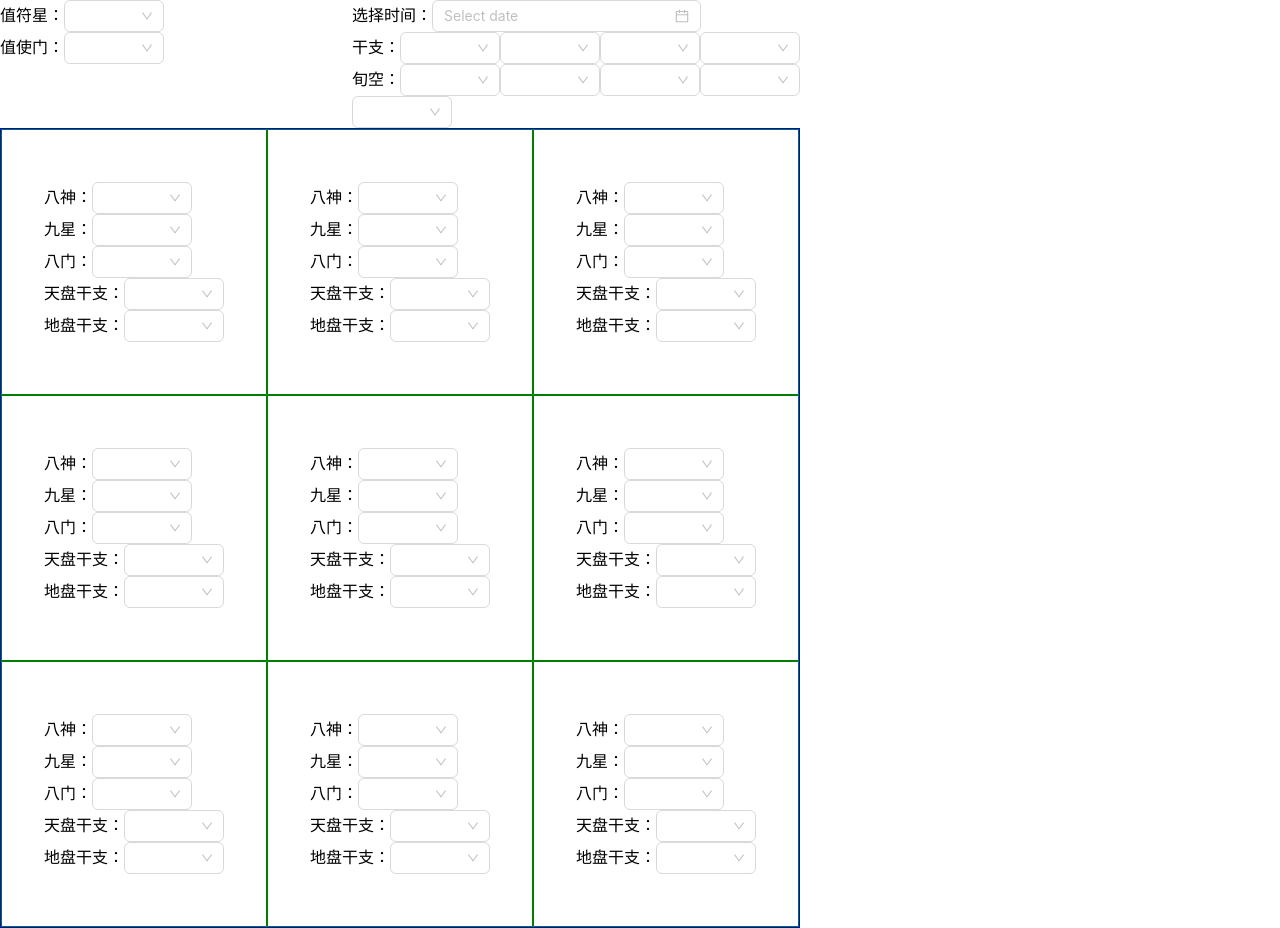
Repository: DaozhangChen/qiMen
Page: /
An editor plug-in stored every save of this project. The page is shown before and after the next save, followed by the edit.
The browser window is 1280 px wide. The pictures show the whole page.
The project was rebuilt for these pictures with package versions that can differ from the ones it lists, and the page was loaded fresh each time. Also part of the build but not shown: vite.config.js.

Above is the page before, as saved 2024-04-06 15:25:38.

### src/App.jsx
import Sudoku from './compoment/Sudoku'

function App() {

  return (
    <>
      <Sudoku />
    </>
  )
}

export default App

### src/index.css
* {
  padding: 0;
  margin: 0;
  box-sizing: border-box;
}

ul,
li {
  list-style: none;
}

### src/compoment/Sudoku.jsx
import "../style/Sudoku.css"
import InfoSelect from "./InfoSelect"
import { useState } from "react"
import HeaderInfo from "./HeaderInfo"
import { useEffect } from "react"

function Sudoku() {
    const regionArr = [
        { number: 4, area: "巽" },
        { number: 9, area: "离" },
        { number: 2, area: "坤" },
        { number: 3, area: "震" },
        { number: 5, area: "中" },
        { number: 7, area: "兑" },
        { number: 8, area: "艮" },
        { number: 1, area: "坎" },
        { number: 6, area: "乾" }
    ]
    const baseHeaderInfo = {
        headerStar: null,
        headerDoor: null,
        headerTime: null,
        headerYearStem: null,
        headerMonthStem: null,
        headerDayStem: null,
        headerTimeStem: null,
        headerYearNull: null,
        headerMonthNull: null,
        headerDayNull: null,
        headerTimeNull: null,
        curPattern: null
    }
    const [detailInfo, setDetailInfo] = useState(regionArr)
    const [headerInfoObj, setHeaderInfoObj] = useState(baseHeaderInfo)
    useEffect(() => {
        console.log("11", detailInfo)
        return () => {
            console.log("22", detailInfo)
        }
    }, [detailInfo])


    return (
        <>
            <HeaderInfo setHeaderInfo={setHeaderInfoObj} />
            <div className="sudoku-grid">
                {/* 生成九宫格 */}
                {regionArr.map((value) => (
                    <div key={value.number} className="sudoku-row" data-key={value.number}>
                        <ul>
                            <li className="sudoku-cell">
                                <ul>
                                    <li className="god">八神：<span><InfoSelect type="god" setDetailInfo={setDetailInfo} area={value.number} /></span></li>
                                    <li className="star">九星：<span><InfoSelect type="star" setDetailInfo={setDetailInfo} area={value.number} /></span></li>
                                    <li className="door">八门：<span><InfoSelect type="door" setDetailInfo={setDetailInfo} area={value.number} /></span></li>
                                    <li className="upStem">天盘干支：<span><InfoSelect type="upStem" setDetailInfo={setDetailInfo} area={value.number} /></span></li>
                                    <li className="downStem">地盘干支：<span><InfoSelect type="downStem" setDetailInfo={setDetailInfo} area={value.number} /></span></li>
                                </ul>
                            </li>
                        </ul>
                    </div>
                ))}
            </div>
        </>
    )
}
export default Sudoku

### src/style/Sudoku.css
.sudoku-grid {
    border: 1px solid blue;
    width: 800px;
    height: 800px;
    display: grid;
    grid-template-columns: repeat(3, 1fr);
    grid-template-rows: repeat(3, 1fr);

}

.sudoku-row {
    display: flex;
    border: 1px solid green;
    align-items: center;
    justify-content: center;
}

.sudoku-cell>li {
    margin: 5px 0px;
}

### src/compoment/InfoSelect.jsx
import { Select } from "antd";
import setOption from "../toolFunction/setOption"

// eslint-disable-next-line react/prop-types
const InfoSelect = ({ type, setDetailInfo, area }) => {
    const option = setOption(type)

    const setValue = (value) => {
        //设置全局value
        if (area === "header") {
            setDetailInfo(originObj => {
                originObj[type] = value
                return { ...originObj }
            })
        } else {
            setDetailInfo(originArr => {
                const newArr = originArr.map((item) => {
                    if (item.number === area) {
                        item[type] = value
                        return item
                    } else {
                        return item
                    }
                })
                return newArr
            })
        }
    }

    return (
        <>
            <Select style={{ width: 100 }} options={option} onChange={setValue} showSearch />
        </>
    )
}

export default InfoSelect

### src/compoment/HeaderInfo.jsx
import "../style/HeaderInfo.css"
import InfoSelect from "./InfoSelect"
import { DatePicker } from 'antd';
// eslint-disable-next-line react/prop-types
const HeaderInfo = ({ setHeaderInfo }) => {

    const timeChange = (time, dateString) => {
        setHeaderInfo((value) => {
            return { ...value, headerTime: dateString }
        })
    }
    return (
        <>
            <div className="headerWrapper">
                <div>
                    <div>值符星：<span><InfoSelect type="headerStar" setDetailInfo={setHeaderInfo} area="header" /></span></div>
                    <div>值使门：<span><InfoSelect type="headerDoor" setDetailInfo={setHeaderInfo} area="header" /></span></div>
                </div>
                <div>
                    <div>选择时间：<span><DatePicker showTime onChange={timeChange} /></span></div>
                    <div>干支：
                        <span>
                            <InfoSelect type="headerYearStem" setDetailInfo={setHeaderInfo} area="header" />
                            <InfoSelect type="headerMonthStem" setDetailInfo={setHeaderInfo} area="header" />
                            <InfoSelect type="headerDayStem" setDetailInfo={setHeaderInfo} area="header" />
                            <InfoSelect type="headerTimeStem" setDetailInfo={setHeaderInfo} area="header" />
                        </span>
                    </div>
                    <div>旬空：
                        <span>
                            <InfoSelect type="headerYearNull" setDetailInfo={setHeaderInfo} area="header" />
                            <InfoSelect type="headerMonthNull" setDetailInfo={setHeaderInfo} area="header" />
                            <InfoSelect type="headerDayNull" setDetailInfo={setHeaderInfo} area="header" />
                            <InfoSelect type="headerTimeNull" setDetailInfo={setHeaderInfo} area="header" />
                        </span>
                    </div>
                    <div>
                        <span>
                            <InfoSelect type="curPattern" setDetailInfo={setHeaderInfo} area="header" />
                        </span>
                    </div>
                </div>
            </div>
        </>
    )
}

export default HeaderInfo

### src/toolFunction/setOption.js
import allStem from "./getAllSexagenaryBranches"
function setupOption(arr) {
    const option = arr.map((value) => {
        const obj = {}
        obj.label = value
        obj.value = value
        return obj
    })
    return option
}

const setOption = (type) => {
    const godArr = ["值符", "腾蛇", "太阴", "六合", "白虎", "玄武", "九地", "九天"]
    const starArr = ["天蓬星", "天任星", "天冲星", "天辅星", "天英星", "天芮星", "天柱星", "天心星", "天禽星"]
    const doorArr = ["休门", "生门", "伤门", "杜门", "景门", "死门", "惊门", "开门"]
    const stemArr = ["戊", "己", "庚", "辛", "壬", "癸", "丁", "丙", "乙"]
    const downNullStem = ["子丑", "寅卯", "辰巳", "午未", "申酉", "戌亥"]
    const pattern = [
        "阳遁一局", "阳遁二局", "阳遁三局", "阳遁四局", "阳遁五局", "阳遁六局", "阳遁七局", "阳遁八局", "阳遁九局",
        "阴遁一局", "阴遁二局", "阴遁三局", "阴遁四局", "阴遁五局", "阴遁六局", "阴遁七局", "阴遁八局", "阴遁九局"
    ]
    const resultMap = {
        "god": setupOption(godArr),
        "star": setupOption(starArr),
        "door": setupOption(doorArr),
        "upStem": setupOption(stemArr),
        "downStem": setupOption(stemArr),
        "headerStar": setupOption(starArr),
        "headerDoor": setupOption(doorArr),
        "headerYearStem": setupOption(allStem),
        "headerMonthStem": setupOption(allStem),
        "headerDayStem": setupOption(allStem),
        "headerTimeStem": setupOption(allStem),
        "headerYearNull": setupOption(downNullStem),
        "headerMonthNull": setupOption(downNullStem),
        "headerDayNull": setupOption(downNullStem),
        "headerTimeNull": setupOption(downNullStem),
        "curPattern": setupOption(pattern)
    }
    return resultMap[type]
}

export default setOption

### src/style/HeaderInfo.css
.headerWrapper {
    display: flex;
    flex-direction: row;
    width: 800px;
    justify-content: space-between;
}

### src/toolFunction/getAllSexagenaryBranches.js
function getAllSexagenaryBranches() {
    const allUpStem = ["甲", "乙", "丙", "丁", "戊", "己", "庚", "辛", "壬", "癸"]
    const allDownStem = ["子", "丑", "寅", "卯", "辰", "巳", "午", "未", "申", "酉", "戌", "亥"]
    const finalItems = []
    let upIndex = 0
    let downIndex = 0
    for (let i = 0; i < 60; i++) {
        finalItems.push(allUpStem[upIndex] + allDownStem[downIndex])
        upIndex === 9 ? upIndex = 0 : upIndex++
        downIndex === 11 ? downIndex = 0 : downIndex++
    }
    return finalItems
}
const allStem = getAllSexagenaryBranches()


export default allStem

Loaded but not shown: index.html (common file); src/main.jsx (common file)

After the next save:
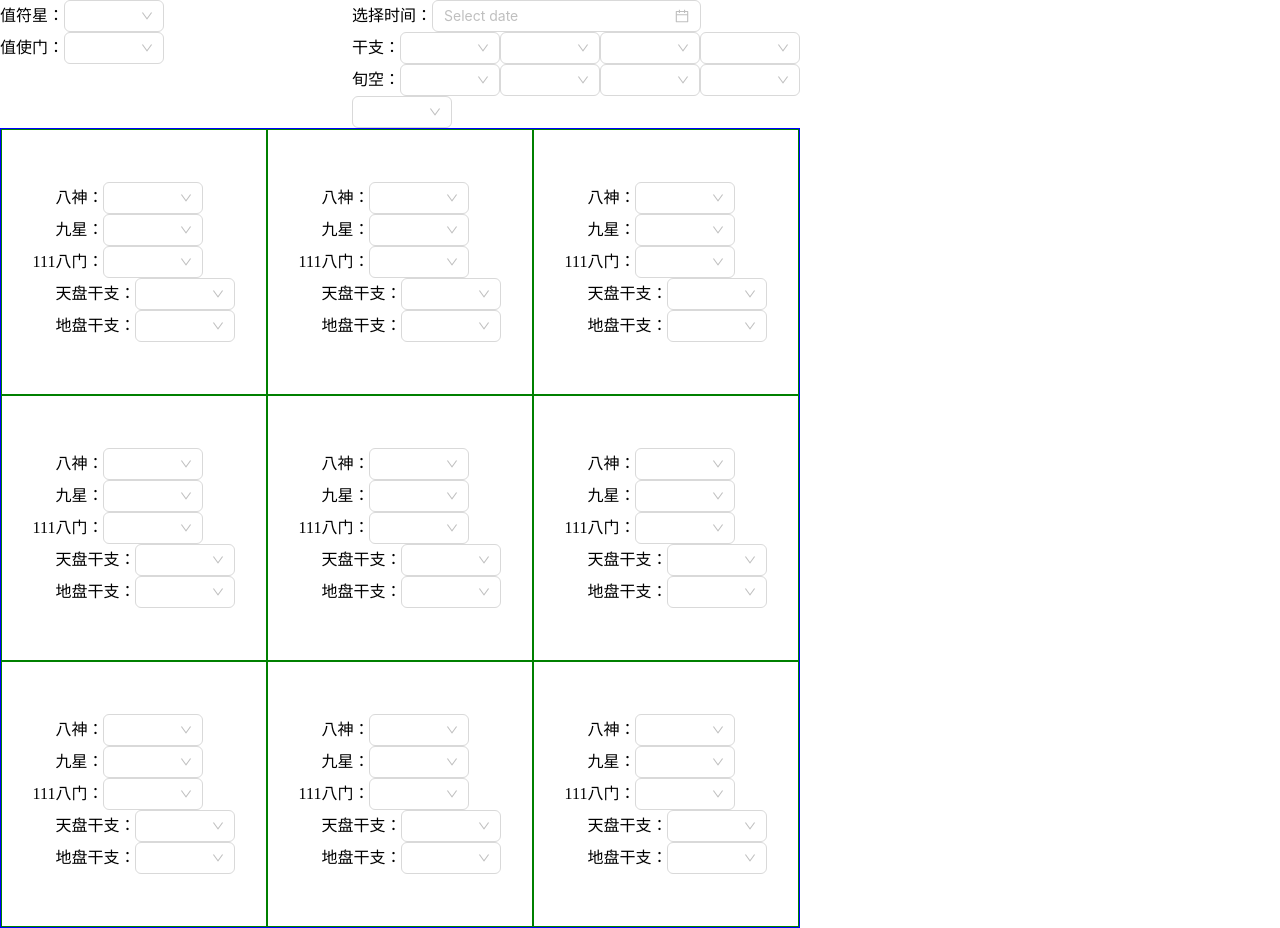
Saved 9 min 17 s later.
--- a/src/compoment/Sudoku.jsx
+++ b/src/compoment/Sudoku.jsx
@@ -47,6 +47,7 @@ function Sudoku() {
                 {/* 生成九宫格 */}
                 {regionArr.map((value) => (
                     <div key={value.number} className="sudoku-row" data-key={value.number}>
+                        <div className="task">111</div>
                         <ul>
                             <li className="sudoku-cell">
                                 <ul>

After the 2 saves that followed:
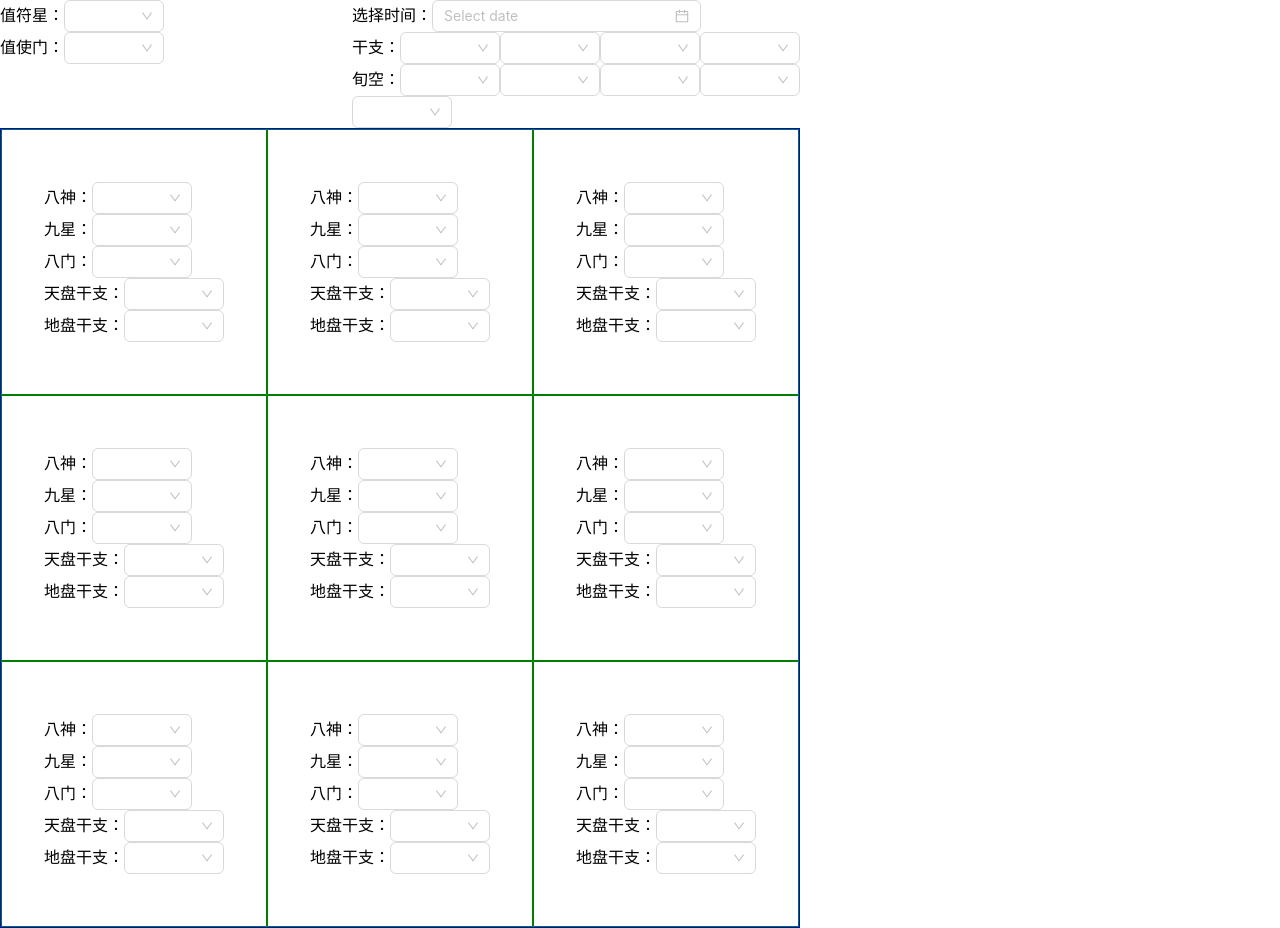
The 2 saves are shown as one change because 1 left the picture as it was.
The last was saved 31 s later.
--- a/src/style/Sudoku.css
+++ b/src/style/Sudoku.css
@@ -18,3 +18,7 @@
 .sudoku-cell>li {
     margin: 5px 0px;
 }
+
+.task {
+    position: absolute;
+}
